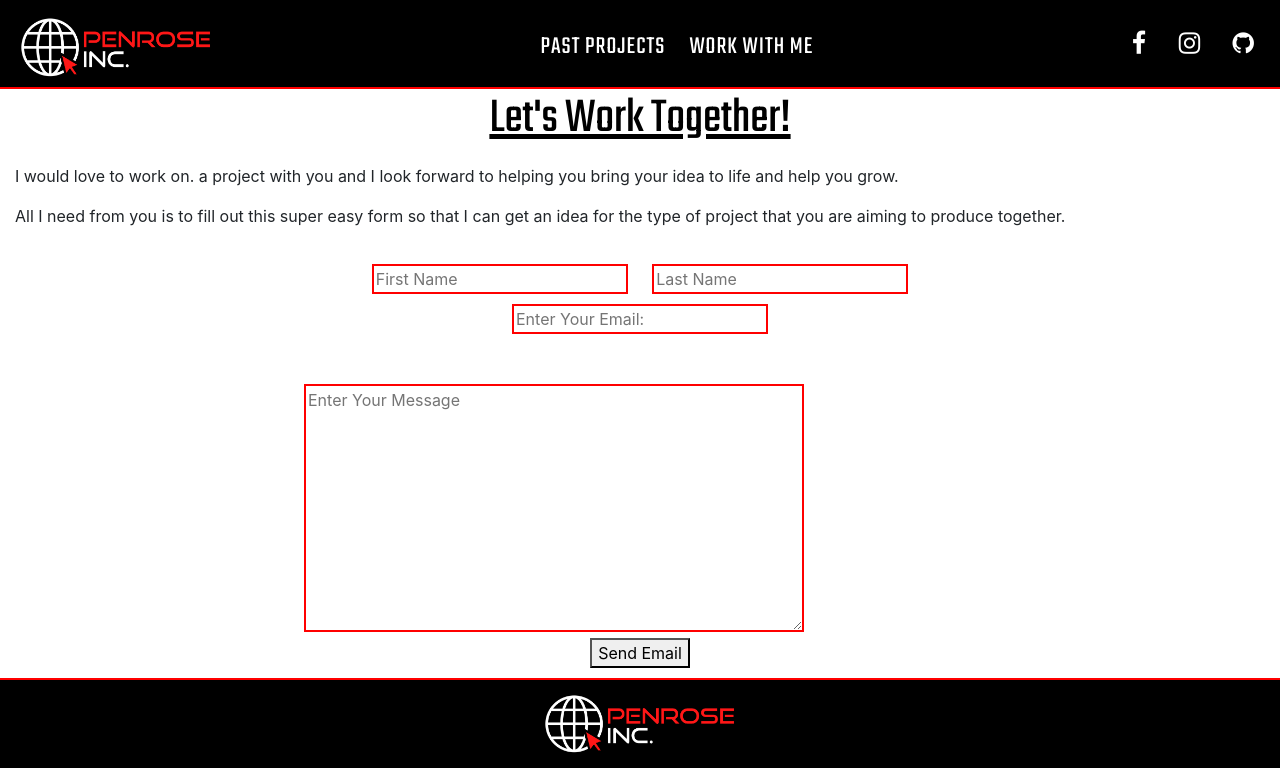
Repository: mrwillpenrose/penrose-inc
Page: work-with-me.html
The author's editor kept a record of every edit. The page is drawn from the files as they stood at one moment, then again after the next edit.
The browser window is 1280 px wide. The pictures show the whole page.
Some web libraries are served in a nearby version.

Above is the page before.

### work-with-me.html
<!DOCTYPE html>
<html lang="en">

<head>
    <meta charset="UTF-8">
    <meta name="viewport" content="width=device-width, initial-scale=1.0">
    <meta http-equiv="X-UA-Compatible" content="ie=edge">
    <title>Penrose Inc</title>
    <link rel="stylesheet" href="https://maxcdn.bootstrapcdn.com/bootstrap/4.0.0/css/bootstrap.min.css" integrity="sha384-Gn5384xqQ1aoWXA+058RXPxPg6fy4IWvTNh0E263XmFcJlSAwiGgFAW/dAiS6JXm" crossorigin="anonymous">
    <link rel="stylesheet" href="https://stackpath.bootstrapcdn.com/font-awesome/4.7.0/css/font-awesome.min.css" type="text/css" />
    <link href="https://fonts.googleapis.com/css2?family=PT+Sans&family=Teko&display=swap" rel="stylesheet">
    <link href="https://fonts.googleapis.com/css2?family=Teko&display=swap" rel="stylesheet">
    <link rel="stylesheet" href="css/style.css" type="text/css" />
</head>

<body>

    <!------------------NAV------------------------>


    <nav class="navbar navbar-expand-md navbar-dark bg-custom">
        <a href="index.html" class="navbar-brand">
            <img class="logo" src="assets/images/penrose-inc-logo.png" alt="Company Logo">
        </a>
        <button class="navbar-toggler" data-toggle="collapse" data-target="#navbarMenu">
            <span class="navbar-toggler-icon"></span>
        </button>
        <div class="collapse navbar-collapse" id="navbarMenu">
            <ul class="navbar-nav mx-auto">
                <li class="list-inline-item">
                    <a href="past-projects.html" class="nav-link menu-item">Past Projects</a>
                </li>
                <li class="list-inline-item">
                    <a href="work-with-me.html" class="nav-link menu-item">Work With Me</a>
                </li>
            </ul>
            <ul class="social">
                <li class="list-inline-item">
                    <a href="https://www.facebook.com/will.penrose.94" class="nav-link" target="_blank">
                        <i class="fa fa-facebook font-awesome-icon" aria-hidden="true"></i>
                        <span class="sr-only">Facebook</span>
                    </a>
                </li>
                <li class="list-inline-item">
                    <a href="#" class="nav-link" target="_blank">
                        <i class="fa fa-instagram font-awesome-icon" aria-hidden="true"></i>
                        <span class="sr-only">Instagram</span>
                    </a>
                </li>
                <li class="list-inline-item">
                    <a href="https://github.com/mrwillpenrose" class="nav-link" target="_blank">
                        <i class="fa fa-github font-awesome-icon" aria-hidden="true"></i>
                        <span class="sr-only">GitHub</span>
                    </a>
                </li>
            </ul>
        </div>
    </nav>


    <!----------------------MAIN CONTENT----------------------->


    <div class="container-fluid">
        <div class="row">
            <div class="col-12">
                <h1 class="page-heading">Let's Work Together!</h1>
                <p>
                    I would love to work on. a project with you and I look forward to helping you bring your idea to life and help you grow.
                </p>
                <p>
                    All I need from you is to fill out this super easy form so that I can get an idea for the type of project that you are aiming to produce together.
                </p>
                <form methed="post">
                    <input class="name" type="text" name="firstName" placeholder="First Name" required>
                    <input class="name" type="text" name="lastName" placeholder="Last Name" required><br>
                    <input class="email" type="email" name="email" placeholder="Enter Your Email:" required><br>
                    <textarea rows="10" cols="500" name="message" placeholder="Enter Your Message"></textarea><br>
                    <button type="submit" name="submit">Send Email</button>
                </form>
            </div>
        </div>
    </div>

    <!----------------------FOOTER----------------------->

    <footer class="container-fluid">
        <div class="row">
            <div class="col-12">
                <img src="assets/images/penrose-inc-logo.png" alt="Company Logo"></img>
            </div>
        </div>
    </footer>


    <script src="https://code.jquery.com/jquery-3.2.1.slim.min.js" integrity="sha384-KJ3o2DKtIkvYIK3UENzmM7KCkRr/rE9/Qpg6aAZGJwFDMVNA/GpGFF93hXpG5KkN" crossorigin="anonymous"></script>
    <script src="https://cdnjs.cloudflare.com/ajax/libs/popper.js/1.12.9/umd/popper.min.js" integrity="sha384-ApNbgh9B+Y1QKtv3Rn7W3mgPxhU9K/ScQsAP7hUibX39j7fakFPskvXusvfa0b4Q" crossorigin="anonymous"></script>
    <script src="https://maxcdn.bootstrapcdn.com/bootstrap/4.0.0/js/bootstrap.min.js" integrity="sha384-JZR6Spejh4U02d8jOt6vLEHfe/JQGiRRSQQxSfFWpi1MquVdAyjUar5+76PVCmYl" crossorigin="anonymous"></script>
</body>

</html>

### css/style.css
body {
    padding: 0;
    margin: 0;
}


/* ----------------------------- NAV ------------------------*/

.bg-custom {
    background-color: #000;
}



.navbar {
    padding-bottom: 0px;
    border-bottom: 2px solid #FF0000;
}

.navbar-brand .logo {
    width: 200px;
    height: auto;
}



.navbar .navbar-nav .menu-item {
    font-family: "Teko", sans-serif;
    font-size: 25px;
    letter-spacing: 1px;
    color: #fff;
    text-transform: uppercase;
    text-align: center;
    -webkit-transition: ease-in-out 0.25s;
    -moz-transition: ease-in-out 0.25;
    -o-transition: ease-in-out 0.25s;
}

.navbar .navbar-nav .menu-item:hover {
    font-size: 30px;
    color: #FF0000;
}



.social {
    text-align: center;
    padding: 0;
}


.social .nav-link {
    padding-top: 10px;
    padding-bottom: 0px;
    padding-left: 10px;
    padding-right: 10px;
}

.font-awesome-icon {
    font-size: 25px;
    color: #fff;
    text-align: center;
    -webkit-transition: ease-in-out 0.2s;
    -moz-transition: ease-in-out 0.2s;
    -o-transition: ease-in-out 0.2s;
}

.font-awesome-icon:hover {

    font-size: 40px;
    color: #FF0000;
}


/* ----------------------------- FOOTER ------------------------*/

footer {
    text-align: center;
    padding: 10px 10px 10px 10px;
    margin: 0;
    background-color: #000;
    position: static;
    left: 0;
    bottom: 0;
    border-top: 2px solid #FF0000;
}


footer img {
    width: 200px;
    height: auto;
}



/* ----------------------------- HOME ------------------------*/

.jumbotron {
    font-family: "Teko", sans-serif;
    font-size: 40px;
    padding: 20px 20px 30px 20px;
    margin: 0;
    background-color: #fff;
    color: #000;
    text-align: center;
}


.index-image img {
    width: 100%;
    height: auto;
    border: 2px solid #FF0000;
}

.page-heading {
    font-family: "Teko", sans-serif;
    font-size: 50px;
    color: #000;
    text-decoration: underline;
    margin-bottom: 15px;
    text-align: center;
}

.about-section {
    font-family: "PT Sans", sans-serif;
    color: #000;
}

ul .index-list {
    text-align: center;
}

/* ----------------------------- WORK WITH ME ------------------------*/


form {
    display: block;
    text-align: center;
    padding: 10px;
}

form .name {
    margin: 10px;
}

textarea {
    width: 500px;
    height: auto;
    margin-top: 50px;
    margin-right: 172px;
    resize: both;
}

input, textarea {
    outline: none;
    border: 2px solid #FF0000;
}


/* ----------------------------- HOME MEDIA QUERIES ------------------------*/

@media screen and (max-width: 992px) {
    .page-heading {
        margin-top: 10px;
    }
}

After the next edit:
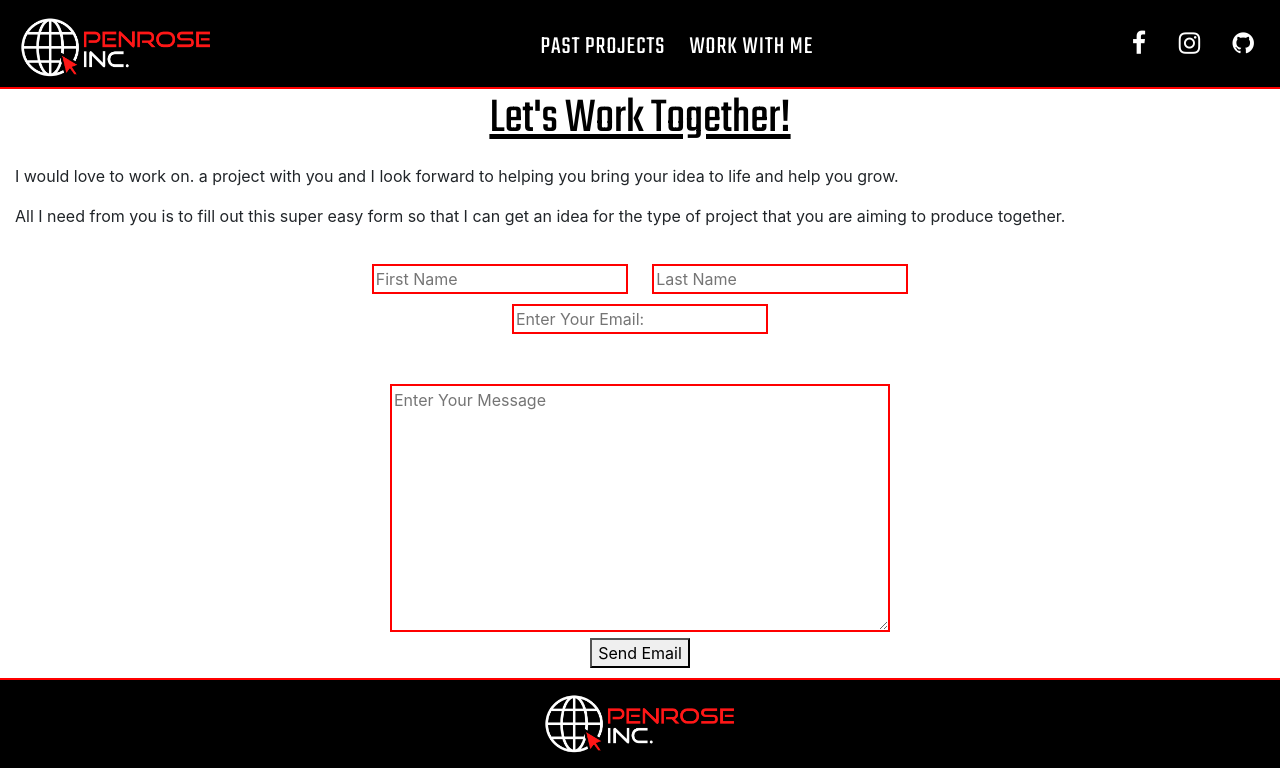
The edit:
--- a/css/style.css
+++ b/css/style.css
@@ -147,7 +147,6 @@
     width: 500px;
     height: auto;
     margin-top: 50px;
-    margin-right: 172px;
     resize: both;
 }
 
